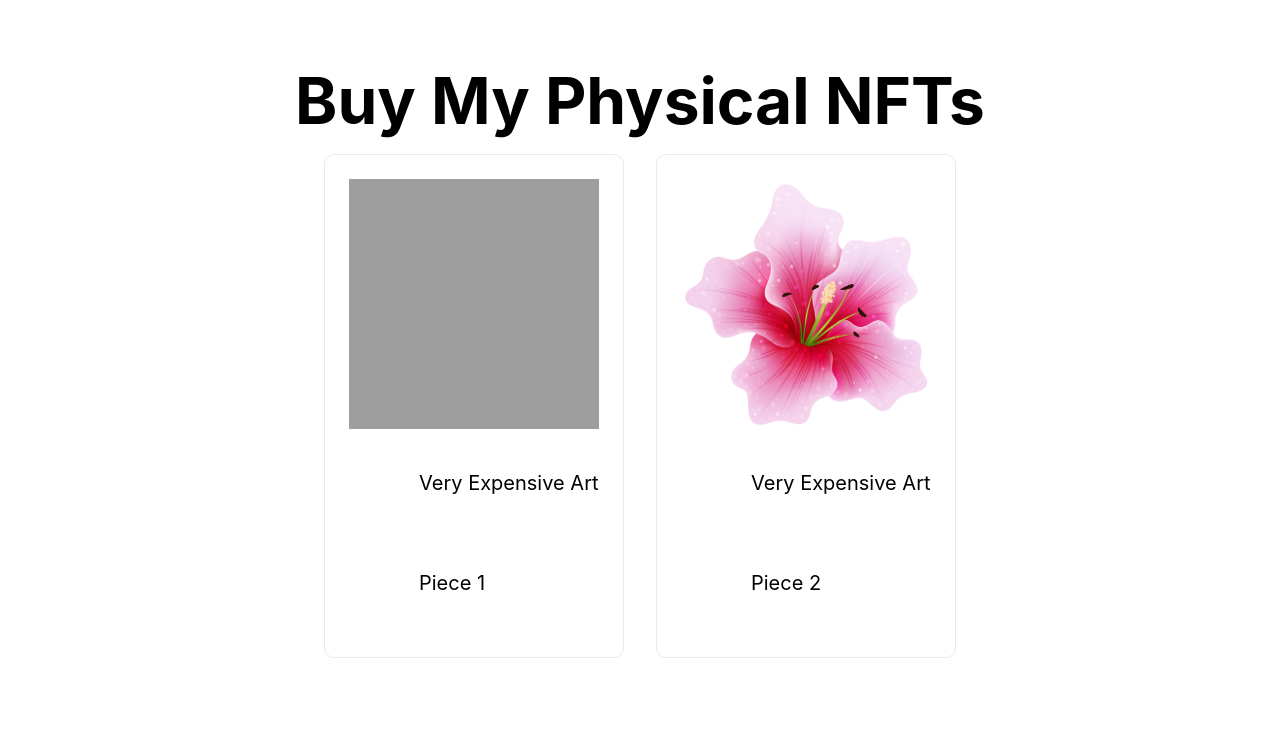
Repository: DakshJ1/stripe-nextjs
Page: /
The author's editor kept a copy of each file at every save. The page is drawn from the files as they stood at one save, then again after the next save.
The browser window is 1280 px wide. The pictures show the whole page.
Pictures or frames that could not be fetched are drawn as grey boxes. The project was rebuilt for these pictures with package versions that can differ from the ones it lists, and the page was loaded fresh each time. The framework's server and built-in components were replaced by stand-ins that run in the browser. Also part of the build but not shown: next.config.js.

Above is the page before, as saved 2022-07-13 16:54:30.

### pages/index.js
import Head from 'next/head'
import Image from 'next/image'
import styles from '../styles/Home.module.css'

export default function Home() {
  return (
    <div className={styles.container}>
      <Head>
        <title>Physical NFTs</title>
        <meta name="description" content="Generated by create next app" />
        <link rel="icon" href="/favicon.ico" />
      </Head>

      <main className={styles.main}>
        <h1 className={styles.title}>
          Buy My Physical NFTs
        </h1>
        <div className={styles.grid}>
          <a href="https://nextjs.org/docs" className={styles.card}>
            <Image src="/Images/NFT 1.png" alt="NFT" width={400} height={400}/>
            <p>Very Expensive Art Piece 1</p>
          </a>
          <a href="https://nextjs.org/docs" className={styles.card}>
            <Image src="/Images/NFT 2.png" alt="NFT" width={400} height={400}/>
            <p>Very Expensive Art Piece 2</p>
          </a>
        </div>
      </main>
    </div>
  )
}

### styles/Home.module.css
.container {
  padding: 0 2rem;
}

.main {
  min-height: 100vh;
  padding: 4rem 0;
  flex: 1;
  display: flex;
  flex-direction: column;
  justify-content: center;
  align-items: center;
}

.footer {
  display: flex;
  flex: 1;
  padding: 2rem 0;
  border-top: 1px solid #eaeaea;
  justify-content: center;
  align-items: center;
}

.footer a {
  display: flex;
  justify-content: center;
  align-items: center;
  flex-grow: 1;
}

.title a {
  color: #0070f3;
  text-decoration: none;
}

.title a:hover,
.title a:focus,
.title a:active {
  text-decoration: underline;
}

.title {
  margin: 0;
  line-height: 1.15;
  font-size: 4rem;
}

.title,
.description {
  text-align: center;
}

.description {
  margin: 4rem 0;
  line-height: 1.5;
  font-size: 1.5rem;
}

.code {
  background: #fafafa;
  border-radius: 5px;
  padding: 0.75rem;
  font-size: 1.1rem;
  font-family: Menlo, Monaco, Lucida Console, Liberation Mono, DejaVu Sans Mono,
    Bitstream Vera Sans Mono, Courier New, monospace;
}

.grid {
  display: flex;
  align-items: center;
  justify-content: center;
  flex-wrap: wrap;
  max-width: 800px;
}

.card {
  margin: 1rem;
  padding: 1.5rem;
  text-align: left;
  color: inherit;
  text-decoration: none;
  border: 1px solid #eaeaea;
  border-radius: 10px;
  transition: color 0.15s ease, border-color 0.15s ease;
  max-width: 300px;
}

.card:hover,
.card:focus,
.card:active {
  color: #0070f3;
  border-color: #0070f3;
}

.card h2 {
  margin: 0 0 1rem 0;
  font-size: 1.5rem;
}

.card p {
  margin: 0;
  font-size: 1.25rem;
  line-height: 5;
  margin-left: 70px;
}

.logo {
  height: 1em;
  margin-left: 0.5rem;
}

@media (max-width: 600px) {
  .grid {
    width: 100%;
    flex-direction: column;
  }
}

Loaded but not shown: pages/_app.js (common file); styles/globals.css (common file)

After the next save:
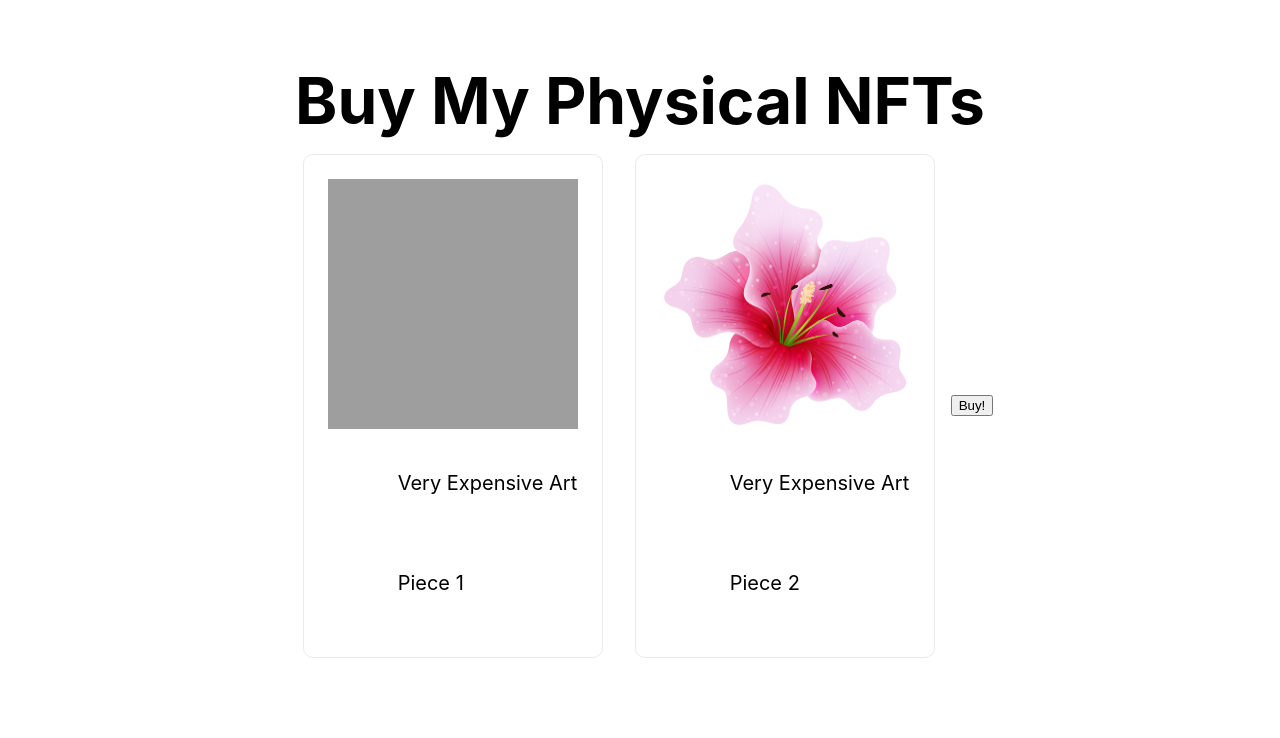
Saved 51 s later.
--- a/pages/index.js
+++ b/pages/index.js
@@ -24,6 +24,7 @@ export default function Home() {
             <Image src="/Images/NFT 2.png" alt="NFT" width={400} height={400}/>
             <p>Very Expensive Art Piece 2</p>
           </a>
+          <button>Buy!</button>
         </div>
       </main>
     </div>
